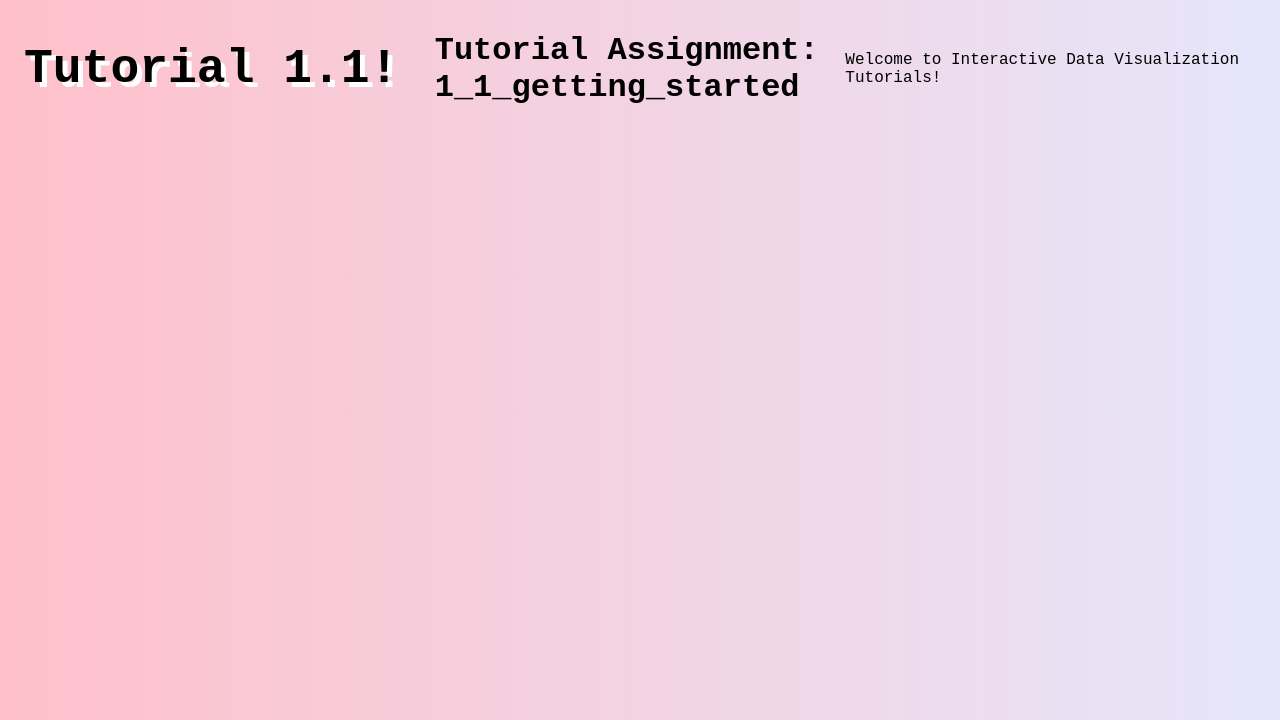
Repository: lisjak/Interactive-Data-Vis-Fall2022
Page: 1_1_getting_started/index.html
The author's editor kept a copy of each file at every save. The page is drawn from the files as they stood at one save, then again after the next save.
The browser window is 1280 px wide. The pictures show the whole page.
Some web fonts or font styles are not loaded; a fallback is used.

Above is the page before, as saved 2022-09-04 21:50:50.

After the next save:
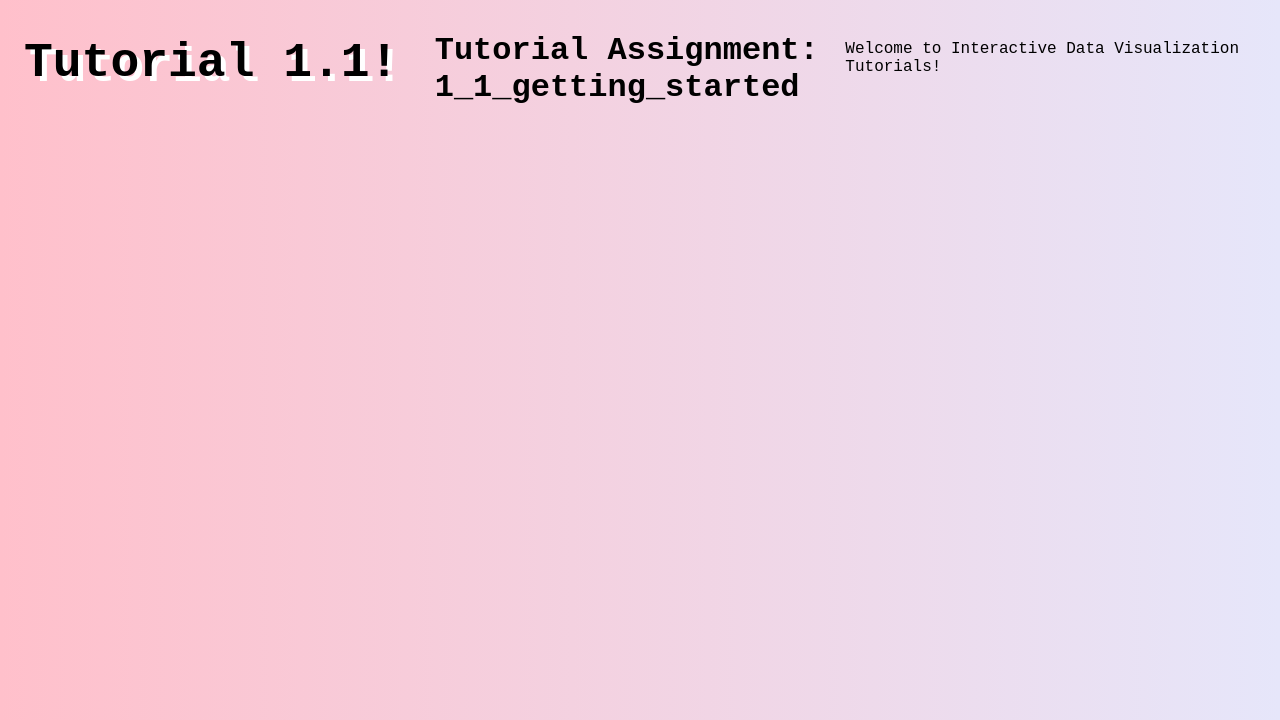
Saved 16 s later.
--- a/1_1_getting_started/style.css
+++ b/1_1_getting_started/style.css
@@ -4,8 +4,8 @@ body {
     font-size: 16px;
     padding: 1em;
     display: flex;
-    align-items: center;
-    justify-content: center;
+    /* align-items: center; */
+    /* justify-content: center; */
 }
 
 div {
